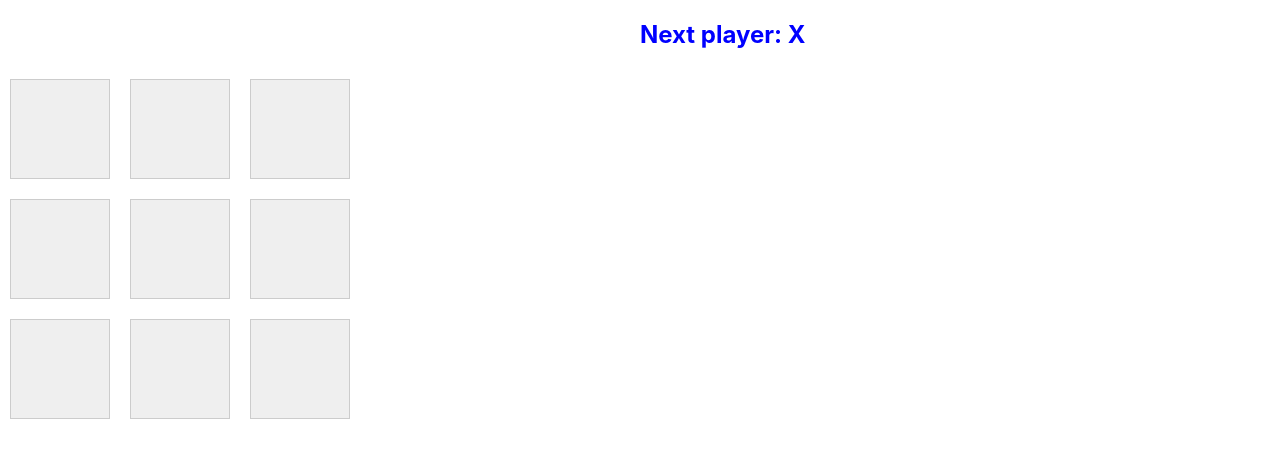
Repository: sedat-akdogan/React_Revision
Page: / (app in tic-tac-toe/)
These files come from the project's save history. The page is drawn as it stood at one moment and after a run of saves; the edit follows.
The browser window is 1280 px wide. The pictures show the whole page.
The project was rebuilt for these pictures with package versions that can differ from the ones it lists, and the page was loaded fresh each time.

Above is the page before, as saved 2023-05-13 00:45:09.

After the next 4 saves:
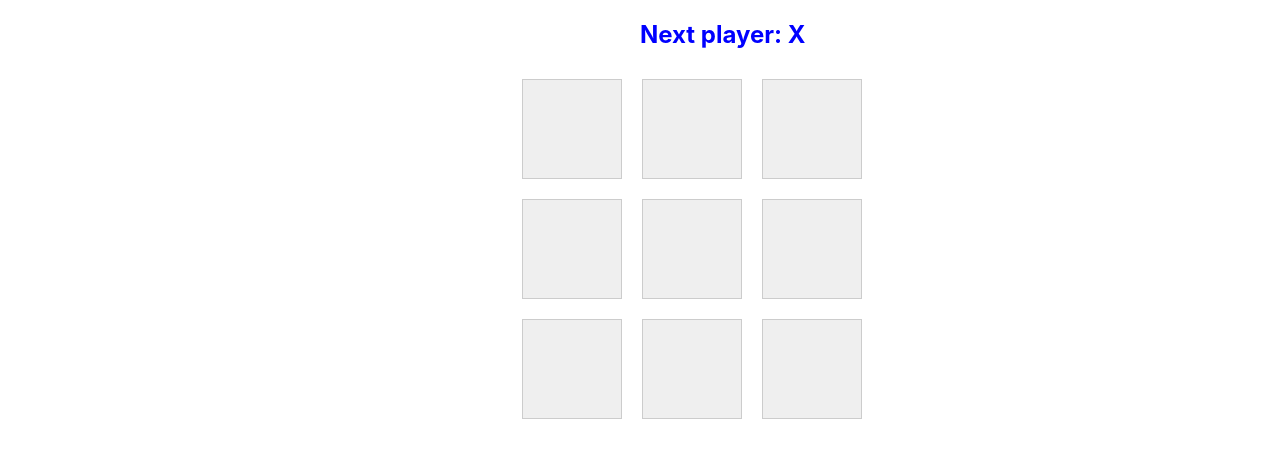
The 4 saves are shown as one change because they came seconds apart.
The last was saved 14 s later.
--- a/tic-tac-toe/src/index.css
+++ b/tic-tac-toe/src/index.css
@@ -23,7 +23,7 @@ code {
 }
 
 .board-row {
-    margin: ;
+    margin-left: 40%;
     display: flex;
 }
 
